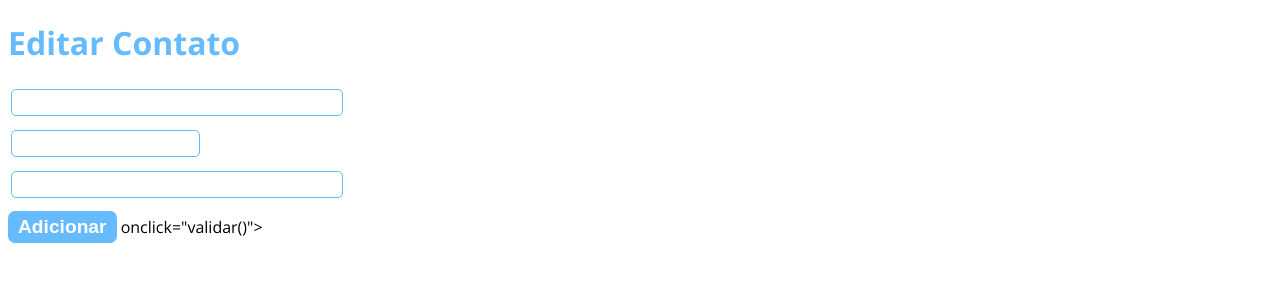
Repository: ricardoalves21/JavaWeb
Page: http://localhost/agenda/editar.jsp
These files come from the project's save history. The page is drawn as it stood at one moment and after the next save; the edit follows.
The browser window is 1280 px wide. The pictures show the whole page.
The page is served by Tomcat 9. Other server files are loaded and not shown.

Above is the page before, as saved 2021-06-17 23:40:31.

### projeto_agenda/agenda/WebContent/editar.jsp
<%@ page language="java" contentType="text/html; charset=UTF-8"
	pageEncoding="UTF-8"%>
<!DOCTYPE html>
<html>
<head>
	<meta charset="UTF-8">
	<title>Agenda de Contatos</title>
	<link rel="icon" href="imagens/Graphicloads-100-Flat-Phone.ico">
	<link rel="stylesheet" href="style.css">
</head>
<body>
	<h1>Editar Contato</h1>
	<form name="frmContato" action="">
		<table>
			<tr>
				<td><input type="text" name="nome" class="Caixa1"></td>
			</tr>
			<tr>
				<td><input type="text" name="fone" class="Caixa2"></td>
			</tr>
			<tr>
				<td><input type="text" name="email" class="Caixa1"></td>
			</tr>
		</table>
		<input type="button" value="Adicionar" class="Botao1">
			onclick="validar()">
	</form>
	<script src="scripts/validador.js"></script>
</body>
</html>

### projeto_agenda/agenda/WebContent/style.css
@charset "utf-8";
@import url('https://fonts.googleapis.com/css2?family=Open+Sans:wght@400;700&display=swap');

body {
	font-family: 'Open Sans', sans-serif;
	font-size: 1em;
	font-weight: 400;
}

h1 {
	color: #66bbff;
}

.Botao1 {
	text-decoration: none;
	background-color: #66bbff;
	padding: 5px 10px 5px 10px;
	border-radius: 7px;
	color: #fff;
	font-size: 1.2em;
	font-weight: 700;
	border: 0;
	cursor: pointer;
}

.Caixa1 {
	width: 320px;
	padding: 5px;
	margin-bottom: 10px;
	border: 1px solid #66bbff;
	border-radius: 5px;
}

.Caixa2 {
	padding: 5px;
	margin-bottom: 10px;
	border: 1px solid #66bbff;
	border-radius: 5px;
}

#tabela {
	margin-top: 30px;
	border-collapse: collapse;
}

#tabela th {
	border: 1px solid #ddd;
	padding: 10px;
	text-align: left;
	background-color: #66bbff;
	color: #fff;
}

#tabela td {
	border: 1px solid #ddd;
	padding: 10px;
}

### projeto_agenda/agenda/WebContent/scripts/validador.js
/**
 * Validação de formulário
 * @author Ricardo Alves
 */

function validar() {
	let nome = frmContato.nome.value;
	let fone = frmContato.fone.value;

	if (nome === "") {
		alert('Preencha o compo nome');
		frmContato.nome.focus();
		return false;
	} else if (fone === "") {
		alert('Preencha o compo fone');
		frmContato.fone.focus();
		return false;
	} else {
		document.forms["frmContato"].submit();
	}
}

After the next save:
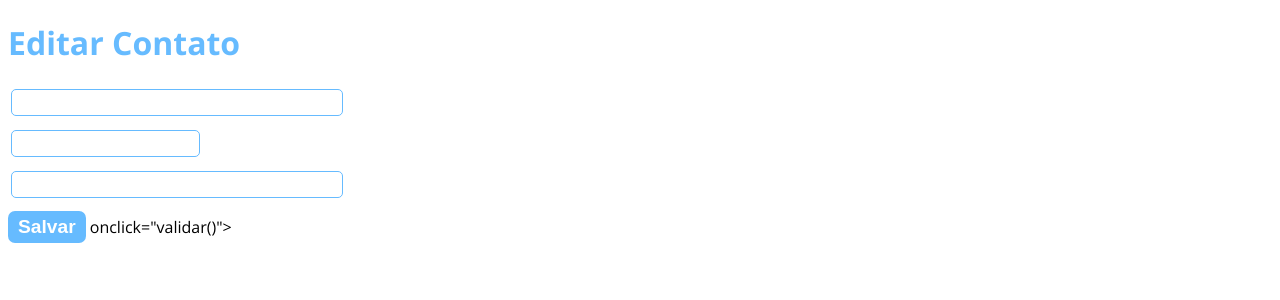
Saved 13 s later.
--- a/projeto_agenda/agenda/WebContent/editar.jsp
+++ b/projeto_agenda/agenda/WebContent/editar.jsp
@@ -22,7 +22,7 @@
 				<td><input type="text" name="email" class="Caixa1"></td>
 			</tr>
 		</table>
-		<input type="button" value="Adicionar" class="Botao1">
+		<input type="button" value="Salvar" class="Botao1">
 			onclick="validar()">
 	</form>
 	<script src="scripts/validador.js"></script>
